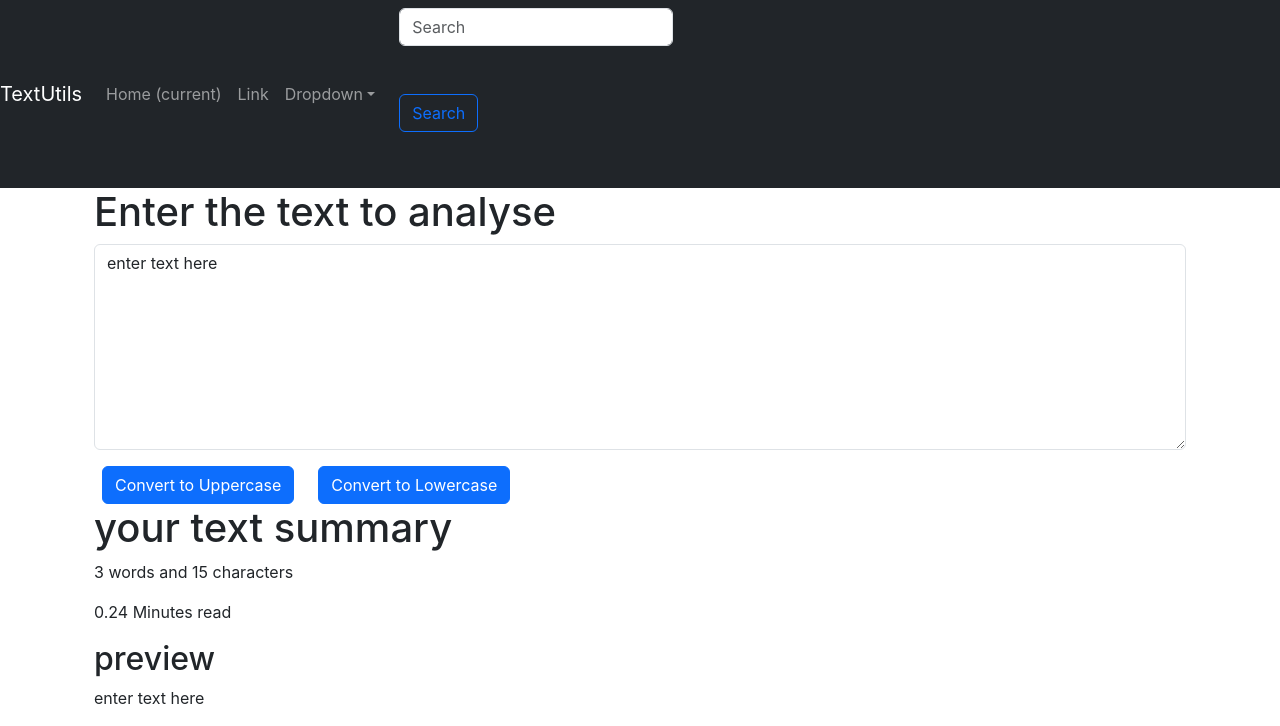
Repository: Aastha1035/React.navbar
Page: /
An editor plug-in stored every save of this project. The page is shown before and after the next save, followed by the edit.
The browser window is 1280 px wide. The pictures show the whole page.
The project was rebuilt for these pictures with package versions that can differ from the ones it lists, and the page was loaded fresh each time. Also part of the build but not shown: src/App.css.

Above is the page before, as saved 2024-07-17 12:48:55.

After the next save:
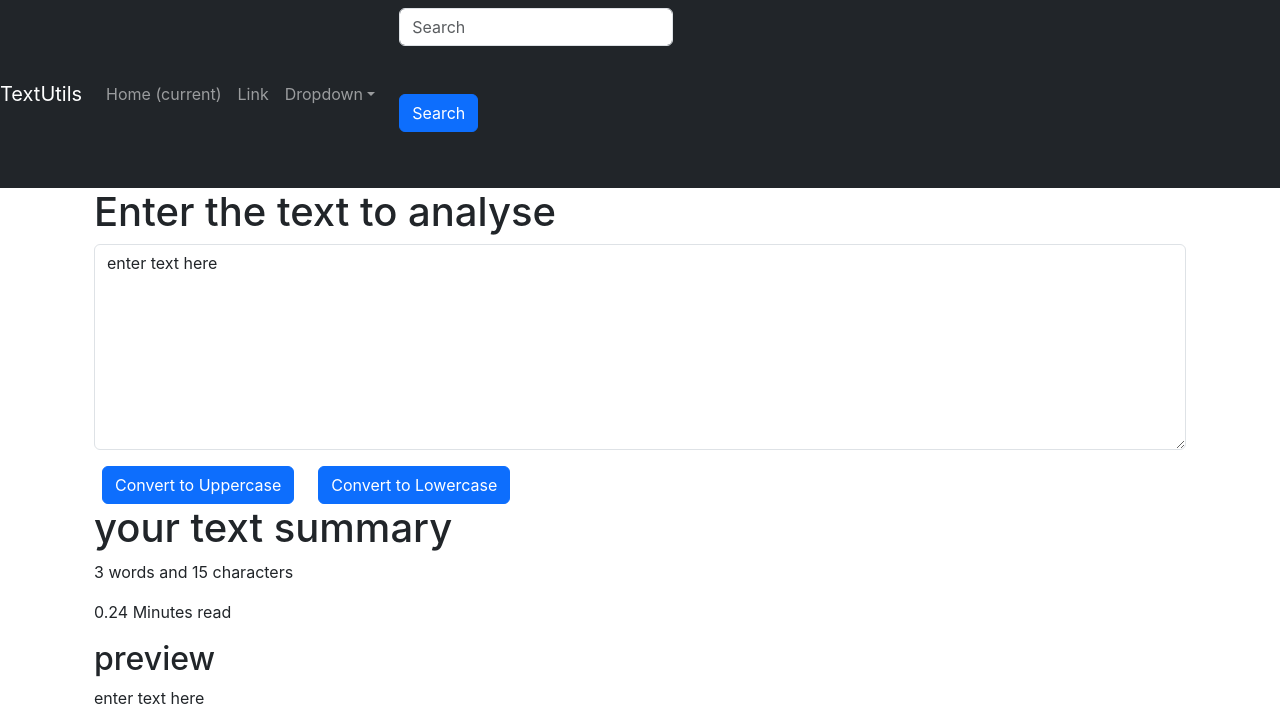
Saved 10 s later.
--- a/src/components/Navbar.js
+++ b/src/components/Navbar.js
@@ -33,7 +33,7 @@ export default function Navbar(props) {
     </ul>
     <form className="form-inline my-2 my-lg-0">
       <input className="form-control mr-sm-2" type="search" placeholder="Search" aria-label="Search"/>
-      <button className="btn btn-outline-primary my-2 my-sm-5" type="submit">Search</button>
+      <button className="btn btn-primary my-2 my-sm-5" type="submit">Search</button>
     </form>
   </div>
 </nav>
